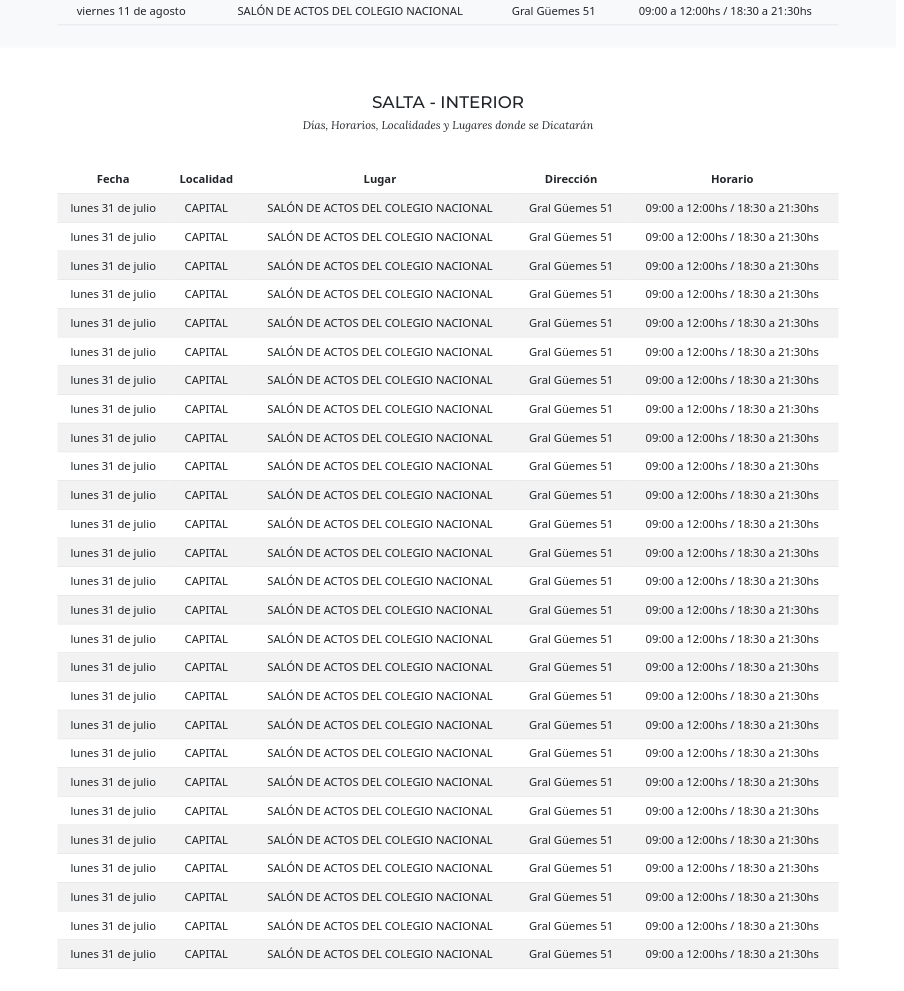
Repository: AlejandroJesusSerrano/capacitacion_electoral
Page: index.html
An editor plug-in stored every save of this project. The page is shown before and after the next save, followed by the edit.
The browser window is 1280 px wide. The page is 1292 px wide, so the pictures cover 1292 px, including what lies to the right of the window. The pictures show the part of the page from y = 690 to 2570 px (the page is 2106 px tall before and 2754 px after), at 70% of full size.
Some web fonts or font styles are not loaded; a fallback is used.

Above is the page before, as saved 2023-07-16 13:07:22.

### index.html
<!DOCTYPE html>
<html lang="en">
  <head>
    <meta charset="UTF-8" />
    <meta name="viewport" content="width=device-width, initial-scale=1.0" />
    <title>Capacitación Electoral Salta</title>
    <link rel="stylesheet" href="./lib/bootstrap5.2.3/css/bootstrap.min.css" />
    <link rel="stylesheet" href="./css/styles.css" />
  </head>
  <body>
    <nav class="navbar bg-light">
      <div class="container-fluid">
        <a class="navbar-brand nav-title" href="#">
          <img
            src="./img/logo_png_grande.png"
            alt="Logo Secretaría Electoral Juzgado Federal N°1"
            class="nav-logo align-text-center"
          />
        </a>
      </div>
    </nav>
      <div class="mt-3 d-flex row">
        <p class="text-center page-title">CAPACITACIÓN ELECTORAL</pc>
        <img src="./img/logo_capacitacion1.svg" alt="Capacitación Electoral">
      </div>
      <h3 class="text-center card-title">Capacitaciónes Presenciales</h3>
      <div class="bg-light p-3">
        <div >
          <h4 class="text-center h4-title mt-5">SALTA - CAPITAL</h4>
          <h6 class="text-center card-title">Días, Horarios y Lugar Donde se Dicatarán</h6>
        </div>

        <div class="container mt-3">
          <table class="table table-striped text-center">
            <thead>
              <tr>
                <th scope="col">Fecha</th>
                <th scope="col">Lugar</th>
                <th scope="col">Dirección</th>
                <th scope="col">Horario</th>
              </tr>
            </thead>
            <tbody>
              <tr>
                <td>lunes 31 de julio</td>
                <td>SALÓN DE ACTOS DEL COLEGIO NACIONAL</td>
                <td>Gral Güemes 51</td>
                <td>09:00 a 12:00hs / 18:30 a 21:30hs</td>
              </tr>

              <tr>
                <td>jueves 3 de agosto</td>
                <td>SALÓN DE ACTOS DEL COLEGIO NACIONAL</td>
                <td>Gral Güemes 51</td>
                <td>09:00 a 12:00hs / 18:30 a 21:30hs</td>
              </tr>

              <tr>
                <td>sabado 5 de agosto</td>
                <td>SALÓN DE ACTOS DEL COLEGIO NACIONAL</td>
                <td>Gral Güemes 51</td>
                <td>09:00 a 12:00hs / 18:30 a 21:30hs</td>
              </tr>

              <tr>
                <td>lunes 7 de agosto</td>
                <td>SALÓN DE ACTOS DEL COLEGIO NACIONAL</td>
                <td>Gral Güemes 51</td>
                <td>09:00 a 12:00hs / 18:30 a 21:30hs</td>
              </tr>

              <tr>
                <td>jueves 10 de agosto</td>
                <td>SALÓN DE ACTOS DEL COLEGIO NACIONAL</td>
                <td>Gral Güemes 51</td>
                <td>09:00 a 12:00hs / 18:30 a 21:30hs</td>
              </tr>

              <tr>
                <td>viernes 11 de agosto</td>
                <td>SALÓN DE ACTOS DEL COLEGIO NACIONAL</td>
                <td>Gral Güemes 51</td>
                <td>09:00 a 12:00hs / 18:30 a 21:30hs</td>
              </tr>
            </tbody>
          </table>
        </div>
      </div>

      <div class="p-3">
        <div >
          <h4 class="text-center h4-title mt-5">SALTA - INTERIOR</h4>
          <h6 class="text-center card-title">Días, Horarios, Localidades y Lugares donde se Dicatarán</h6>
        </div>

        <div class="container mt-5">
          <table class="table table-striped text-center">
            <thead>
              <tr>
                <th scope="col">Fecha</th>
                <th scope="col">Localidad</th>
                <th scope="col">Lugar</th>
                <th scope="col">Dirección</th>
                <th scope="col">Horario</th>
              </tr>
            </thead>
            <tbody>
              <tr>
                <td>lunes 31 de julio</td>
                <td>CAPITAL</td>
                <td>SALÓN DE ACTOS DEL COLEGIO NACIONAL</td>
                <td>Gral Güemes 51</td>
                <td>09:00 a 12:00hs / 18:30 a 21:30hs</td>
              </tr>

              <tr>
                <td>lunes 31 de julio</td>
                <td>CAPITAL</td>
                <td>SALÓN DE ACTOS DEL COLEGIO NACIONAL</td>
                <td>Gral Güemes 51</td>
                <td>09:00 a 12:00hs / 18:30 a 21:30hs</td>
              </tr>

              <tr>
                <td>lunes 31 de julio</td>
                <td>CAPITAL</td>
                <td>SALÓN DE ACTOS DEL COLEGIO NACIONAL</td>
                <td>Gral Güemes 51</td>
                <td>09:00 a 12:00hs / 18:30 a 21:30hs</td>
              </tr>

              <tr>
                <td>lunes 31 de julio</td>
                <td>CAPITAL</td>
                <td>SALÓN DE ACTOS DEL COLEGIO NACIONAL</td>
                <td>Gral Güemes 51</td>
                <td>09:00 a 12:00hs / 18:30 a 21:30hs</td>
              </tr>

              <tr>
                <td>lunes 31 de julio</td>
                <td>CAPITAL</td>
                <td>SALÓN DE ACTOS DEL COLEGIO NACIONAL</td>
                <td>Gral Güemes 51</td>
                <td>09:00 a 12:00hs / 18:30 a 21:30hs</td>
              </tr>

              <tr>
                <td>lunes 31 de julio</td>
                <td>CAPITAL</td>
                <td>SALÓN DE ACTOS DEL COLEGIO NACIONAL</td>
                <td>Gral Güemes 51</td>
                <td>09:00 a 12:00hs / 18:30 a 21:30hs</td>
              </tr>

              <tr>
                <td>lunes 31 de julio</td>
                <td>CAPITAL</td>
                <td>SALÓN DE ACTOS DEL COLEGIO NACIONAL</td>
                <td>Gral Güemes 51</td>
                <td>09:00 a 12:00hs / 18:30 a 21:30hs</td>
              </tr>

              <tr>
                <td>lunes 31 de julio</td>
                <td>CAPITAL</td>
                <td>SALÓN DE ACTOS DEL COLEGIO NACIONAL</td>
                <td>Gral Güemes 51</td>
                <td>09:00 a 12:00hs / 18:30 a 21:30hs</td>
              </tr>

              <tr>
                <td>lunes 31 de julio</td>
                <td>CAPITAL</td>
                <td>SALÓN DE ACTOS DEL COLEGIO NACIONAL</td>
                <td>Gral Güemes 51</td>
                <td>09:00 a 12:00hs / 18:30 a 21:30hs</td>
              </tr>

              <tr>
                <td>lunes 31 de julio</td>
                <td>CAPITAL</td>
                <td>SALÓN DE ACTOS DEL COLEGIO NACIONAL</td>
                <td>Gral Güemes 51</td>
                <td>09:00 a 12:00hs / 18:30 a 21:30hs</td>
              </tr>

              <tr>
                <td>lunes 31 de julio</td>
                <td>CAPITAL</td>
                <td>SALÓN DE ACTOS DEL COLEGIO NACIONAL</td>
                <td>Gral Güemes 51</td>
                <td>09:00 a 12:00hs / 18:30 a 21:30hs</td>
              </tr>

              <tr>
                <td>lunes 31 de julio</td>
                <td>CAPITAL</td>
                <td>SALÓN DE ACTOS DEL COLEGIO NACIONAL</td>
                <td>Gral Güemes 51</td>
                <td>09:00 a 12:00hs / 18:30 a 21:30hs</td>
              </tr>

              <tr>
                <td>lunes 31 de julio</td>
                <td>CAPITAL</td>
                <td>SALÓN DE ACTOS DEL COLEGIO NACIONAL</td>
                <td>Gral Güemes 51</td>
                <td>09:00 a 12:00hs / 18:30 a 21:30hs</td>
              </tr>

              <tr>
                <td>lunes 31 de julio</td>
                <td>CAPITAL</td>
                <td>SALÓN DE ACTOS DEL COLEGIO NACIONAL</td>
                <td>Gral Güemes 51</td>
                <td>09:00 a 12:00hs / 18:30 a 21:30hs</td>
              </tr>

              <tr>
                <td>lunes 31 de julio</td>
                <td>CAPITAL</td>
                <td>SALÓN DE ACTOS DEL COLEGIO NACIONAL</td>
                <td>Gral Güemes 51</td>
                <td>09:00 a 12:00hs / 18:30 a 21:30hs</td>
              </tr>

              <tr>
                <td>lunes 31 de julio</td>
                <td>CAPITAL</td>
                <td>SALÓN DE ACTOS DEL COLEGIO NACIONAL</td>
                <td>Gral Güemes 51</td>
                <td>09:00 a 12:00hs / 18:30 a 21:30hs</td>
              </tr>

              <tr>
                <td>lunes 31 de julio</td>
                <td>CAPITAL</td>
                <td>SALÓN DE ACTOS DEL COLEGIO NACIONAL</td>
                <td>Gral Güemes 51</td>
                <td>09:00 a 12:00hs / 18:30 a 21:30hs</td>
              </tr>

              <tr>
                <td>lunes 31 de julio</td>
                <td>CAPITAL</td>
                <td>SALÓN DE ACTOS DEL COLEGIO NACIONAL</td>
                <td>Gral Güemes 51</td>
                <td>09:00 a 12:00hs / 18:30 a 21:30hs</td>
              </tr>

              <tr>
                <td>lunes 31 de julio</td>
                <td>CAPITAL</td>
                <td>SALÓN DE ACTOS DEL COLEGIO NACIONAL</td>
                <td>Gral Güemes 51</td>
                <td>09:00 a 12:00hs / 18:30 a 21:30hs</td>
              </tr>

              <tr>
                <td>lunes 31 de julio</td>
                <td>CAPITAL</td>
                <td>SALÓN DE ACTOS DEL COLEGIO NACIONAL</td>
                <td>Gral Güemes 51</td>
                <td>09:00 a 12:00hs / 18:30 a 21:30hs</td>
              </tr>

              <tr>
                <td>lunes 31 de julio</td>
                <td>CAPITAL</td>
                <td>SALÓN DE ACTOS DEL COLEGIO NACIONAL</td>
                <td>Gral Güemes 51</td>
                <td>09:00 a 12:00hs / 18:30 a 21:30hs</td>
              </tr>

              <tr>
                <td>lunes 31 de julio</td>
                <td>CAPITAL</td>
                <td>SALÓN DE ACTOS DEL COLEGIO NACIONAL</td>
                <td>Gral Güemes 51</td>
                <td>09:00 a 12:00hs / 18:30 a 21:30hs</td>
              </tr>

              <tr>
                <td>lunes 31 de julio</td>
                <td>CAPITAL</td>
                <td>SALÓN DE ACTOS DEL COLEGIO NACIONAL</td>
                <td>Gral Güemes 51</td>
                <td>09:00 a 12:00hs / 18:30 a 21:30hs</td>
              </tr>

              <tr>
                <td>lunes 31 de julio</td>
                <td>CAPITAL</td>
                <td>SALÓN DE ACTOS DEL COLEGIO NACIONAL</td>
                <td>Gral Güemes 51</td>
                <td>09:00 a 12:00hs / 18:30 a 21:30hs</td>
              </tr>

              <tr>
                <td>lunes 31 de julio</td>
                <td>CAPITAL</td>
                <td>SALÓN DE ACTOS DEL COLEGIO NACIONAL</td>
                <td>Gral Güemes 51</td>
                <td>09:00 a 12:00hs / 18:30 a 21:30hs</td>
              </tr>

              <tr>
                <td>lunes 31 de julio</td>
                <td>CAPITAL</td>
                <td>SALÓN DE ACTOS DEL COLEGIO NACIONAL</td>
                <td>Gral Güemes 51</td>
                <td>09:00 a 12:00hs / 18:30 a 21:30hs</td>
              </tr>

              <tr>
                <td>lunes 31 de julio</td>
                <td>CAPITAL</td>
                <td>SALÓN DE ACTOS DEL COLEGIO NACIONAL</td>
                <td>Gral Güemes 51</td>
                <td>09:00 a 12:00hs / 18:30 a 21:30hs</td>
              </tr>
            </tbody>
          </table>
        </div>
      </div>


    <script src="./lib/bootstrap5.2.3/js/bootstrap.min.js"></script>
  </body>
</html>

### css/styles.css
@import url('https://fonts.googleapis.com/css2?family=Hind+Madurai:wght@400;700&family=Lora:ital,wght@1,400;1,600&family=Montserrat:wght@500;600;700&display=swap');

*{
  margin: 0;
  padding: 0;
  box-sizing: border-box;
}

.nav-logo{
  width: 25rem;
}

.page-title{
  font-family: 'Montserrat', sans-serif;
  font-size: 2.5rem;
  font-weight: 600;
}

.h4-title{
  font-family: 'Montserrat', sans-serif;
}

.card-aut{
  width: 20rem;
  border-width: .25rem;
  border-color: #0cacfc;
}

.card-img-top{
  width:7rem;

}

.card-title{
  font-family: 'Lora', serif;
}

.card-text{
  font-family: 'Hind Madurai', sans-serif;
}

.btn-icon{
  width: 4rem;
}

Loaded but not shown: lib/bootstrap5.2.3/css/bootstrap.min.css (library); lib/bootstrap5.2.3/js/bootstrap.min.js (library)

After the next save:
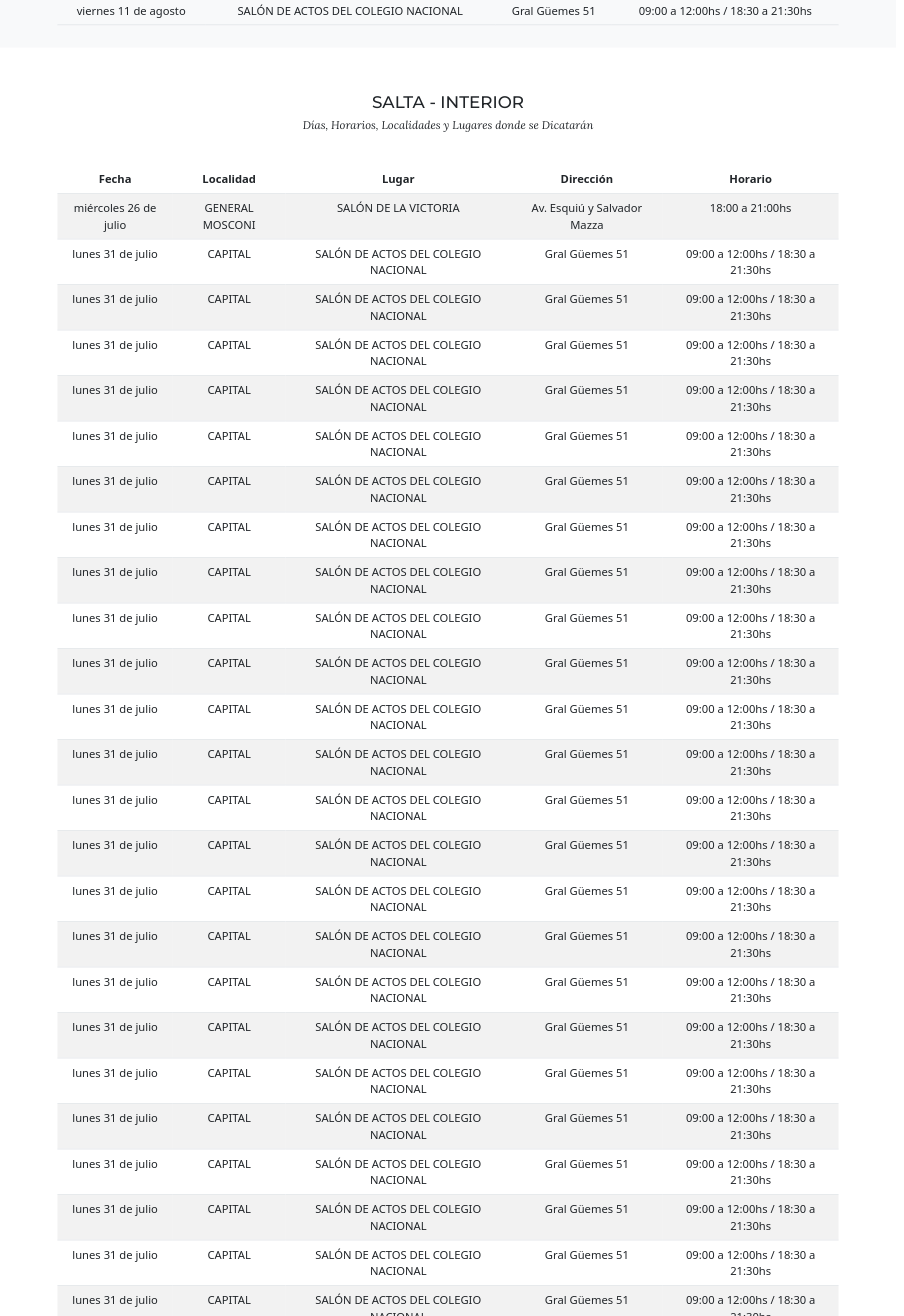
Saved 111 s later.
--- a/index.html
+++ b/index.html
@@ -106,11 +106,11 @@
             </thead>
             <tbody>
               <tr>
-                <td>lunes 31 de julio</td>
-                <td>CAPITAL</td>
-                <td>SALÓN DE ACTOS DEL COLEGIO NACIONAL</td>
-                <td>Gral Güemes 51</td>
-                <td>09:00 a 12:00hs / 18:30 a 21:30hs</td>
+                <td>miércoles 26 de julio</td>
+                <td>GENERAL MOSCONI</td>
+                <td>SALÓN DE LA VICTORIA</td>
+                <td>Av. Esquiú y Salvador Mazza</td>
+                <td>18:00 a 21:00hs</td>
               </tr>
 
               <tr>
